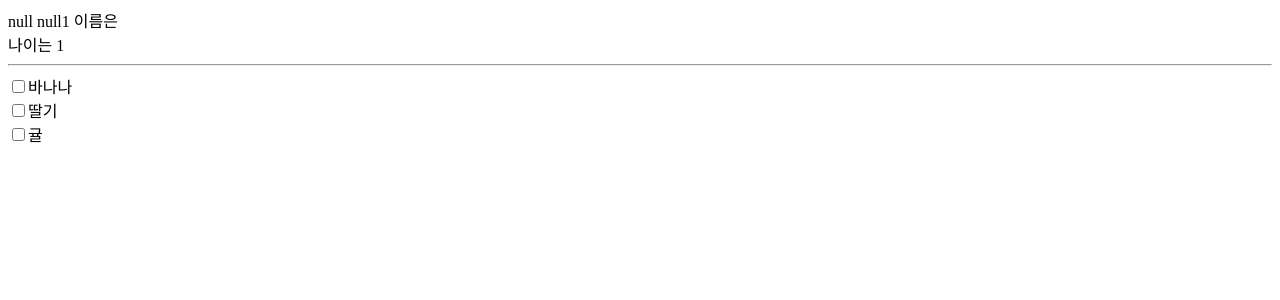
Repository: JaeYong-An/jstl
Page: http://localhost/jstl_study/step-3.jsp
An editor plug-in stored every save of this project. The page is shown before and after the next save, followed by the edit.
The browser window is 1280 px wide. The pictures show the whole page.
The page is served by Tomcat 9.

Above is the page before, as saved 2023-11-22 05:46:44.

After the next save:
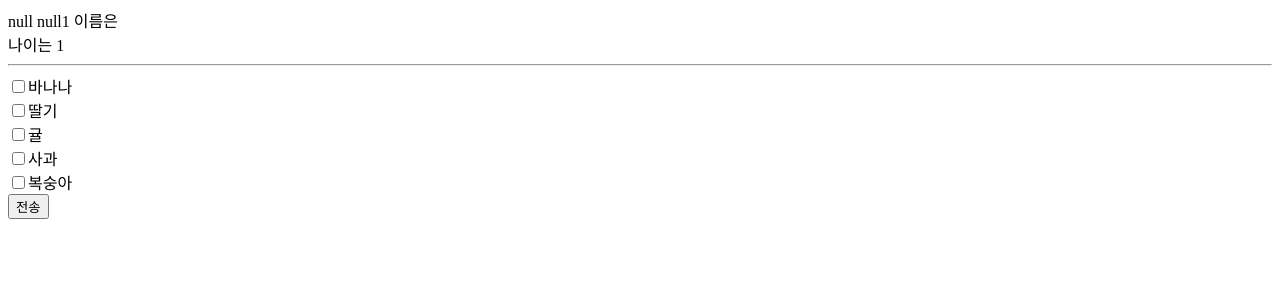
Saved 34 s later.
--- a/jstl_study/src/main/webapp/step-3.jsp
+++ b/jstl_study/src/main/webapp/step-3.jsp
@@ -26,6 +26,9 @@
 		<input type="checkbox" name="food" value="바나나">바나나<br>
 		<input type="checkbox" name="food" value="딸기">딸기<br>
 		<input type="checkbox" name="food" value="귤">귤<br>
+		<input type="checkbox" name="food" value="사과">사과<br>
+		<input type="checkbox" name="food" value="복숭아">복숭아<br>
+		<button type="submit">전송</button>
 	</form>
 </body>
 </html>
